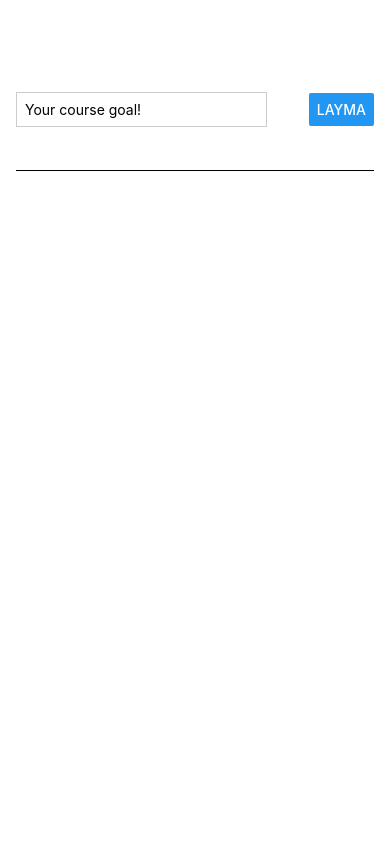
Repository: quyettc93/reactNative1
Screen: /
The author's editor kept a copy of each file at every save. The screen is drawn from the files as they stood at one save, then again after the next save.
The app was drawn by React Native's web renderer in a window 390 px wide. The project was rebuilt for these pictures with package versions that can differ from the ones it lists, and the page was loaded fresh each time.

Above is the screen before, as saved 2024-10-28 08:59:25.

After the next save:
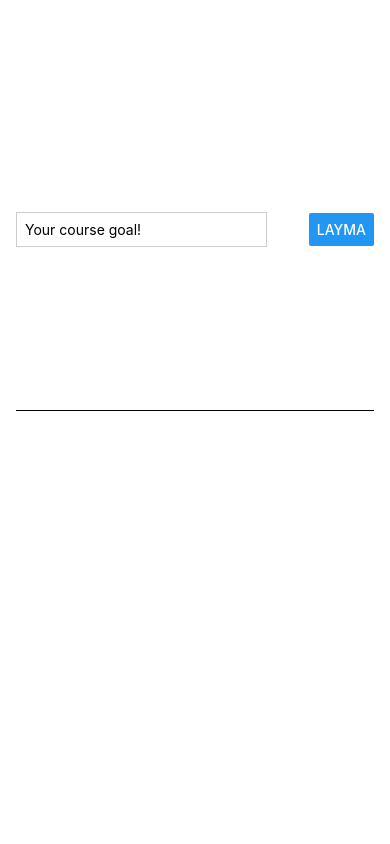
Saved 14 s later.
--- a/App.js
+++ b/App.js
@@ -27,13 +27,13 @@
                 />
                 <Button title="LAYMA" onPress={addGoalHander} />
             </View>
-            <View style={styles.goalsContainer}>
+            <ScrollView style={styles.goalsContainer}>
                 {courseGoals.map((goal, i) => (
                     <View key={i} style={styles.goalItem}>
                         <Text style={styles.goalText}>{goal}</Text>
                     </View>
                 ))}
-            </View>
+            </ScrollView>
         </View>
     );
 }

After the save that followed:
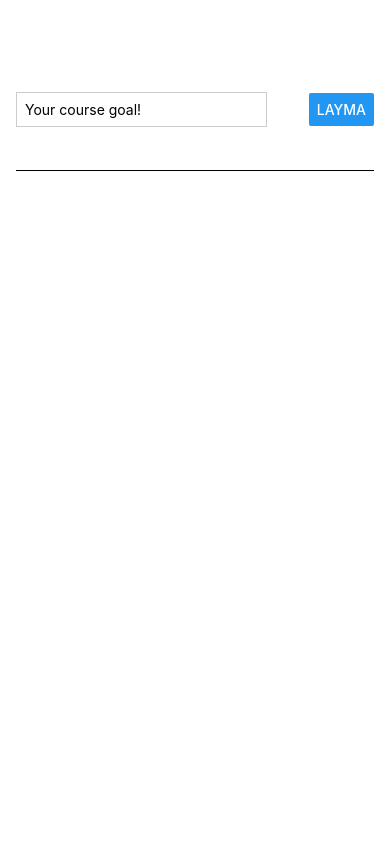
Saved 2 min 41 s later.
--- a/App.js
+++ b/App.js
@@ -27,13 +27,17 @@
                 />
                 <Button title="LAYMA" onPress={addGoalHander} />
             </View>
-            <ScrollView style={styles.goalsContainer}>
-                {courseGoals.map((goal, i) => (
-                    <View key={i} style={styles.goalItem}>
-                        <Text style={styles.goalText}>{goal}</Text>
-                    </View>
-                ))}
-            </ScrollView>
+            <View style={styles.goalsContainer}>
+                <ScrollView>
+                    {courseGoals.map((goal, i) => (
+                        <View key={i} style={styles.goalItem}>
+                            <Text style={styles.goalText}>
+                                {goal}
+                            </Text>
+                        </View>
+                    ))}
+                </ScrollView>
+            </View>
         </View>
     );
 }
